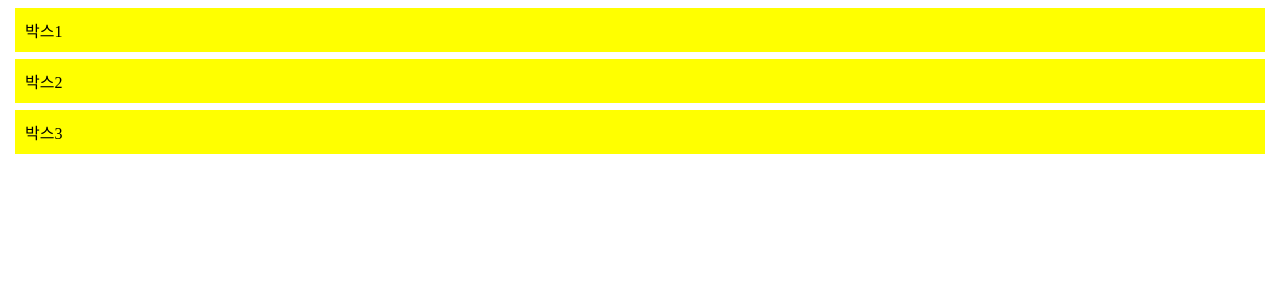
Repository: KimHeonSeung/TJE_HTML
Page: sources/day_04/WebContent/style_15.html
An editor plug-in stored every save of this project. The page is shown before and after the next save, followed by the edit.
The browser window is 1280 px wide. The pictures show the whole page.

Above is the page before, as saved 2019-05-15 01:58:59.

### sources/day_04/WebContent/style_15.html
<!DOCTYPE html>
<html>
<head>
<meta charset="UTF-8">
<title>display 속성</title>

<style type = "text/css">
	span {
		margin: 7px;
		padding: 10px;
		background: yellow;

		display: block;
	}
</style>

</head>
<body>

<span>박스1</span>
<span>박스2</span>
<span>박스3</span>


</body>
</html>

After the next save:
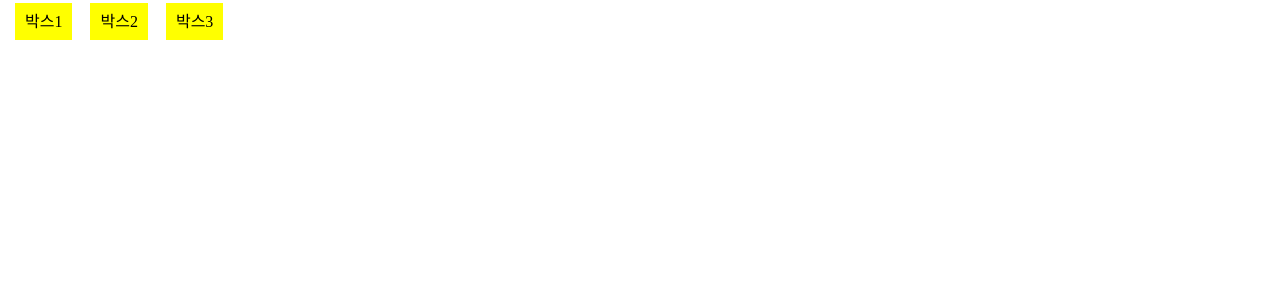
Saved 6 s later.
--- a/sources/day_04/WebContent/style_15.html
+++ b/sources/day_04/WebContent/style_15.html
@@ -10,7 +10,6 @@
 		padding: 10px;
 		background: yellow;
 
-		display: block;
 	}
 </style>
 
